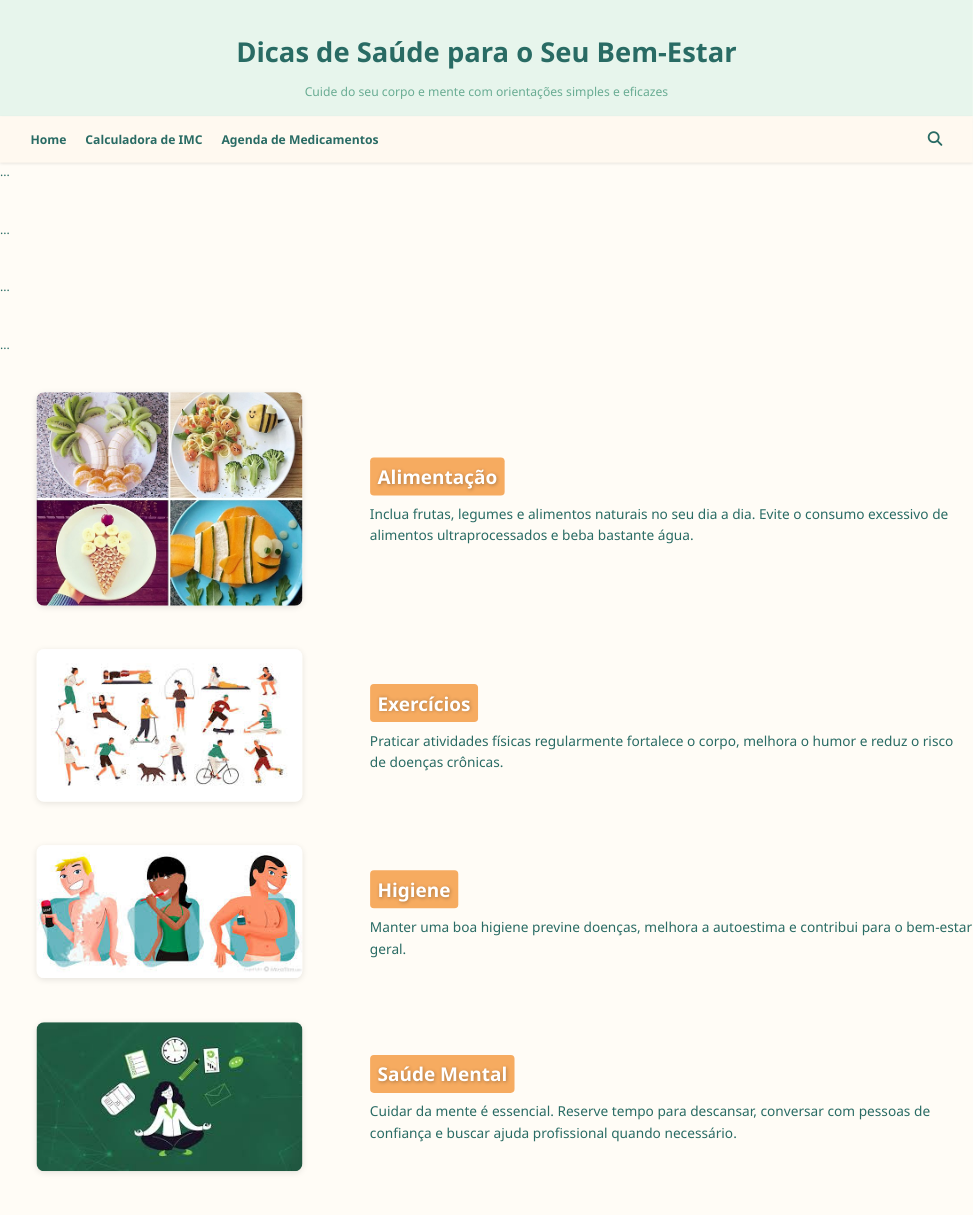
Repository: Cristiane-Sartori14/dicasSaude
Page: index.html
An editor plug-in stored every save of this project. The page is shown before and after the next save, followed by the edit.
The browser window is 1280 px wide. The pictures show the whole page, at 76% of full size.

Above is the page before, as saved 2025-05-21 18:30:13.

### index.html
<!DOCTYPE html>
<html lang="en">
  <head>
    <meta charset="UTF-8" />
    <meta name="viewport" content="width=device-width, initial-scale=1.0" />
    <title>Dicas de Saúde</title>
    <link rel="stylesheet" href="style.css" />
    <script src="script.js"></script>

    <link
      rel="stylesheet"
      href="https://cdnjs.cloudflare.com/ajax/libs/font-awesome/6.5.0/css/all.min.css"
    />
  </head>
  <body>
    <!-- Título principal da página -->
    <section class="main-title">
      <h1>Dicas de Saúde para o Seu Bem-Estar</h1>
      <p>Cuide do seu corpo e mente com orientações simples e eficazes</p>
    </section>

    <!--Cabeçalho-->
    <header class="header">
      <div class="nav-container">
        <nav>
          <ul class="nav-links">
            <li><a href="#">Home</a></li>
            <li><a href="#">Calculadora de IMC</a></li>
            <li><a href="#">Agenda de Medicamentos</a></li>
          </ul>
        </nav>
        <div class="header-icons">
          <div class="icon search-icon">
            <i class="fa-solid fa-magnifying-glass"></i>
          </div>
        </div>
      </div>
    </header>

    <div id="carousel-dicas">
      <section class="section-saude">...</section>
      <section class="section-saude">...</section>
      <section class="section-saude">...</section>
      <section class="section-saude">...</section>
    </div>

    <!-- Alimentação -->
    <section class="section-saude">
      <div class="imagem">
        <img
          src="img/alimento.jpg"
          alt="Prato com alimentos saudáveis, frutas e vegetais coloridos"
        />
      </div>
      <div class="texto">
        <h2>Alimentação</h2>
        <p>
          Inclua frutas, legumes e alimentos naturais no seu dia a dia. Evite o
          consumo excessivo de alimentos ultraprocessados e beba bastante água.
        </p>
      </div>
    </section>

    <!-- Exercícios -->
    <section class="section-saude">
      <div class="imagem">
        <img src="img/exercicio.jpg" alt="Exercício Físico" />
      </div>
      <div class="texto">
        <h2>Exercícios</h2>
        <p>
          Praticar atividades físicas regularmente fortalece o corpo, melhora o
          humor e reduz o risco de doenças crônicas.
        </p>
      </div>
    </section>

    <!-- Higiene -->
    <section class="section-saude">
      <div class="imagem">
        <img src="img/higiene.jpg" alt="Higiene Pessoal" />
      </div>
      <div class="texto">
        <h2>Higiene</h2>
        <p>
          Manter uma boa higiene previne doenças, melhora a autoestima e
          contribui para o bem-estar geral.
        </p>
      </div>
    </section>

    <!-- Saúde Mental -->
    <section class="section-saude">
      <div class="imagem">
        <img src="img/saude-mental.jpg" alt="Saúde Mental" />
      </div>
      <div class="texto">
        <h2>Saúde Mental</h2>
        <p>
          Cuidar da mente é essencial. Reserve tempo para descansar, conversar
          com pessoas de confiança e buscar ajuda profissional quando
          necessário.
        </p>
      </div>
    </section>
  </body>
</html>

### style.css
* {
  box-sizing: border-box;
  margin: 0;
  padding: 0;
}

body {
  font-family: "Segoe UI", Tahoma, Verdana, sans-serif;
  background-color: #FFFCF6;
  color: #296B64;
  line-height: 1.6;
}

/*Título*/
.main-title {
  text-align: center;
  padding: 40px 20px 20px;
  background-color: #e7f5ec;
}

.main-title h1 {
  font-size: 36px;
  color: #296B64;
  margin-bottom: 10px;
}

.main-title p {
  color: #69AC93;
}

.texto h2 {
  font-size: 25px;
  color: #FFF;
  background-color: #F6AB60; /* laranja */
  text-shadow: 1px 1px 5px rgba(0, 0, 0, 0.3);
  padding: 5px 10px;
  border-radius: 5px;
  display: inline-block;
}

/* Cabeçalho */
.header {
  background-color: #FFF9F0;
  box-shadow: 0 2px 4px rgba(0, 0, 0, 0.1);
  padding: 15px 30px;
  position: sticky;
  top: 0;
  z-index: 10;
}

.nav-container {
  max-width: 1200px;
  margin: 0 auto;
  display: flex;
  justify-content: space-between;
  align-items: center;
}

.nav-links {
  list-style: none;
  display: flex;
  gap: 25px;
}

.nav-links a {
  text-decoration: none;
  color: #296B64;
  font-weight: 600;
  transition: color 0.3s ease;
}

.nav-links a:hover,
.header-icons i:hover {
  color: #D87162;
}

.header-icons {
  display: flex;
  align-items: center;
  gap: 15px;
}

.icon {
  font-size: 1.2rem;
  background: none;
  border: none;
  cursor: pointer;
  color: #296B64;
}

/* Conteúdo principal */
.health-container {
    max-width: 1200px;
    margin: 0 auto;
    padding: 40px 20px;
}

.section-saude {
  display: flex;
  align-items: center;
  justify-content: space-between;
  gap: 40px;
  margin-bottom: 50px;
  flex-wrap: wrap;
}

.imagem img {
  width: 100%;
  max-width: 350px;
  border-radius: 10px;
  box-shadow: 0 2px 8px rgba(0, 0, 0, 0.1);
}

.imagem {
  flex: 1 1 300px;
  text-align: center;
}

.texto {
  flex: 2 1 500px;
}

.texto h2 {
  font-size: 25px;
  color: #FFF;
  background-color: #F6AB60;
  text-shadow: 1px 1px 5px rgba(0, 0, 0, 0.3);
  padding: 5px 10px;
  border-radius: 5px;
  display: inline-block;
}

.texto p {
  font-size: 18px;
  color: #296B64;
  line-height: 1.6;
   margin-top: 10px;
}

.health-details {
  flex: 2 1 500px;
}

.health-title {
  color: #296B64;
  font-size: 32px;
  margin-bottom: 20px;
}

.tip {
  margin-bottom: 20px;
}

.tip h3 {
  font-size: 20px;
  color: #69AC93;
}

.tip p {
  margin-top: 5px;
}

/* Responsivo */
@media (max-width: 768px) {
  .section-saude {
    flex-direction: column;
    align-items: center;
    text-align: center;
  }

  .nav-links {
    flex-direction: column;
    align-items: center;
    gap: 10px;
  }

  .nav-container {
    flex-direction: column;
    gap: 10px;
  }
}

### script.js
let indiceAtual = 0;
const secoes = document.querySelectorAll('#carousel-dicas .section-saude');

function mostrarSecao(index) {
  secoes.forEach((secao, i) => {
    secao.style.display = (i === index) ? 'flex' : 'none';
  });
}

function proximaSecao() {
  indiceAtual = (indiceAtual + 1) % secoes.length;
  mostrarSecao(indiceAtual);
}

// Iniciar com a primeira
mostrarSecao(indiceAtual);

// Troca a cada 5 segundos
setInterval(proximaSecao, 5000);

After the next save:
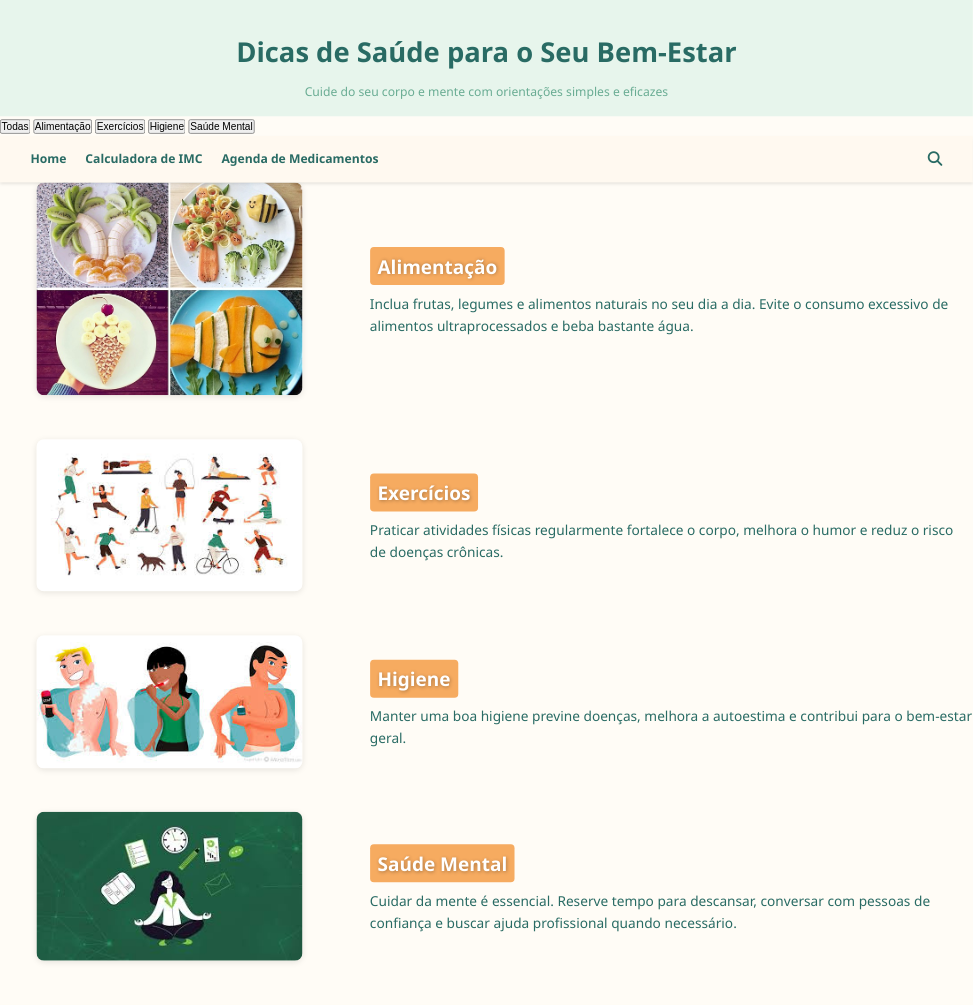
Saved 108 s later.
--- a/index.html
+++ b/index.html
@@ -19,6 +19,14 @@
       <p>Cuide do seu corpo e mente com orientações simples e eficazes</p>
     </section>
 
+    <div class="filtro-categorias">
+      <button onclick="filtrarCategoria('todas')">Todas</button>
+      <button onclick="filtrarCategoria('Alimentação')">Alimentação</button>
+      <button onclick="filtrarCategoria('Exercícios')">Exercícios</button>
+      <button onclick="filtrarCategoria('Higiene')">Higiene</button>
+      <button onclick="filtrarCategoria('Saúde Mental')">Saúde Mental</button>
+    </div>
+
     <!--Cabeçalho-->
     <header class="header">
       <div class="nav-container">
@@ -37,12 +45,7 @@
       </div>
     </header>
 
-    <div id="carousel-dicas">
-      <section class="section-saude">...</section>
-      <section class="section-saude">...</section>
-      <section class="section-saude">...</section>
-      <section class="section-saude">...</section>
-    </div>
+
 
     <!-- Alimentação -->
     <section class="section-saude">

After the 6 saves that followed:
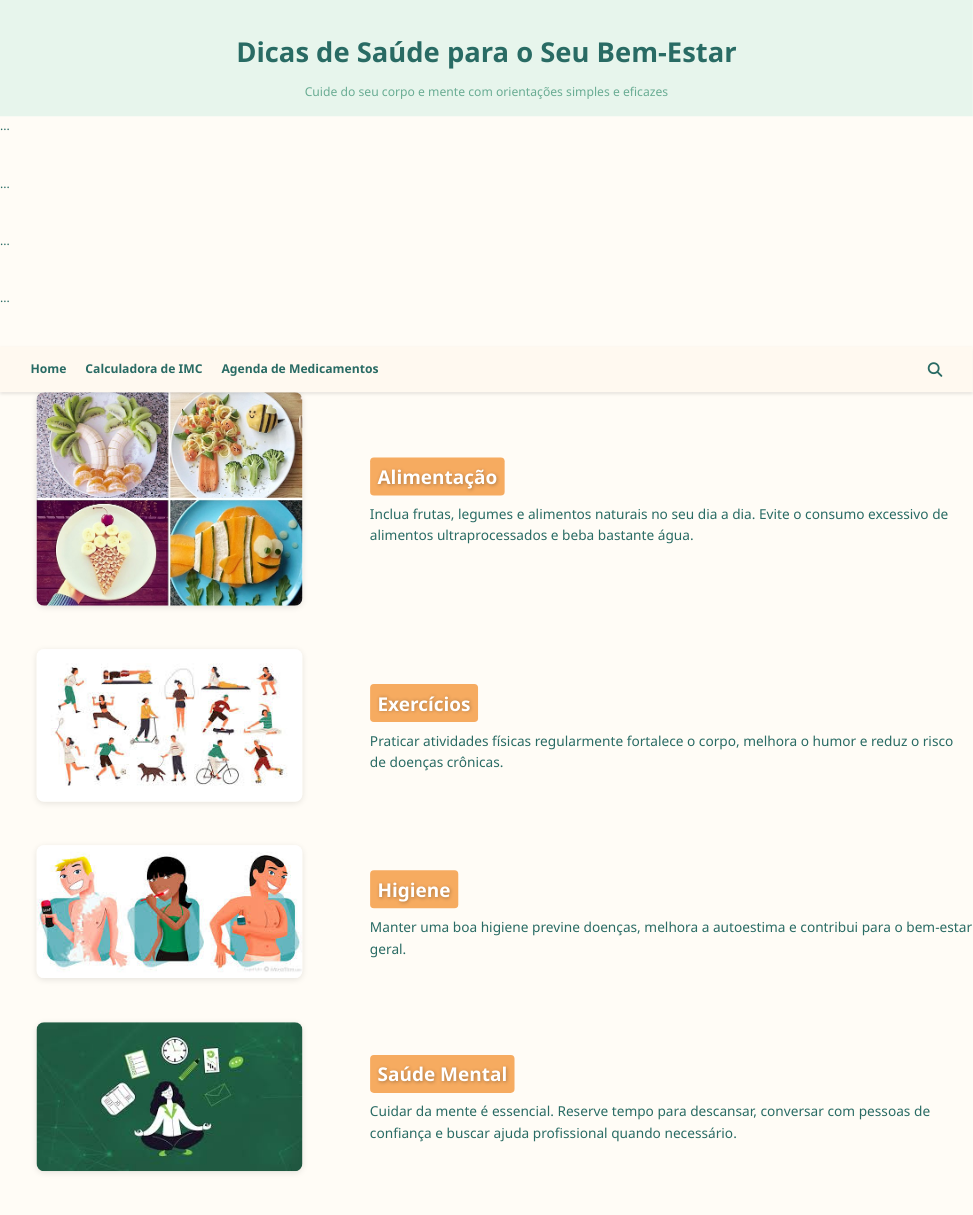
The 6 saves are shown as one change because 5 left the picture as it was.
The last was saved 2 min 53 s later.
--- a/index.html
+++ b/index.html
@@ -19,12 +19,11 @@
       <p>Cuide do seu corpo e mente com orientações simples e eficazes</p>
     </section>
 
-    <div class="filtro-categorias">
-      <button onclick="filtrarCategoria('todas')">Todas</button>
-      <button onclick="filtrarCategoria('Alimentação')">Alimentação</button>
-      <button onclick="filtrarCategoria('Exercícios')">Exercícios</button>
-      <button onclick="filtrarCategoria('Higiene')">Higiene</button>
-      <button onclick="filtrarCategoria('Saúde Mental')">Saúde Mental</button>
+    <div id="carousel-dicas">
+      <section class="section-saude" data-categoria="Alimentação">...</section>
+      <section class="section-saude" data-categoria="Exercícios">...</section>
+      <section class="section-saude" data-categoria="Higiene">...</section>
+      <section class="section-saude" data-categoria="Saúde Mental">...</section>
     </div>
 
     <!--Cabeçalho-->
@@ -45,10 +44,8 @@
       </div>
     </header>
 
-
-
     <!-- Alimentação -->
-    <section class="section-saude">
+    <section class="section-saude" data-categoria="Alimentação">
       <div class="imagem">
         <img
           src="img/alimento.jpg"
@@ -65,7 +62,7 @@
     </section>
 
     <!-- Exercícios -->
-    <section class="section-saude">
+    <section class="section-saude" data-categoria="Exercícios">
       <div class="imagem">
         <img src="img/exercicio.jpg" alt="Exercício Físico" />
       </div>
@@ -79,7 +76,7 @@
     </section>
 
     <!-- Higiene -->
-    <section class="section-saude">
+    <section class="section-saude" data-categoria="Higiene">
       <div class="imagem">
         <img src="img/higiene.jpg" alt="Higiene Pessoal" />
       </div>
@@ -93,7 +90,7 @@
     </section>
 
     <!-- Saúde Mental -->
-    <section class="section-saude">
+    <section class="section-saude" data-categoria="Saúde Mental">
       <div class="imagem">
         <img src="img/saude-mental.jpg" alt="Saúde Mental" />
       </div>
--- a/script.js
+++ b/script.js
@@ -1,19 +1,12 @@
-let indiceAtual = 0;
-const secoes = document.querySelectorAll('#carousel-dicas .section-saude');
+function filtrarCategoria(categoria) {
+  const secoes = document.querySelectorAll('.section-saude');
 
-function mostrarSecao(index) {
-  secoes.forEach((secao, i) => {
-    secao.style.display = (i === index) ? 'flex' : 'none';
+  secoes.forEach(secao => {
+    const titulo = secao.querySelector('h2').innerText;
+    if (categoria === 'todas' || titulo === categoria) {
+      secao.style.display = 'flex';
+    } else {
+      secao.style.display = 'none';
+    }
   });
 }
-
-function proximaSecao() {
-  indiceAtual = (indiceAtual + 1) % secoes.length;
-  mostrarSecao(indiceAtual);
-}
-
-// Iniciar com a primeira
-mostrarSecao(indiceAtual);
-
-// Troca a cada 5 segundos
-setInterval(proximaSecao, 5000);
